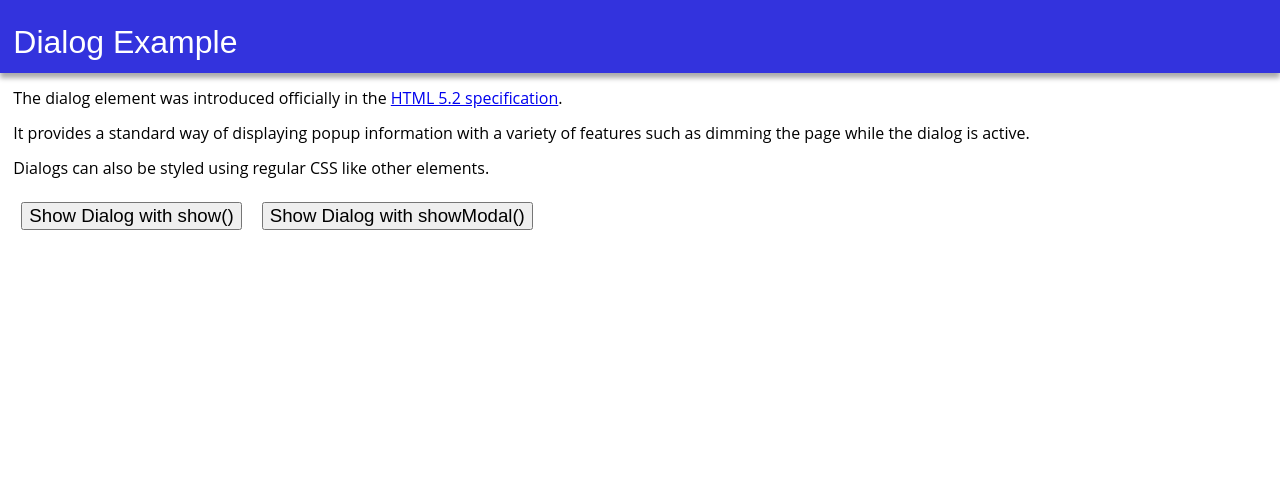
Repository: craig-o-curtis/browser-apis
Page: pages/dialog.html
The author's editor kept a copy of each file at every save. The page is drawn from the files as they stood at one save, then again after the next save.
The browser window is 1280 px wide. The pictures show the whole page.
After loading, the first visible `#show2` was clicked once.

Above is the page before, as saved 2020-05-16 19:43:36.

### pages/dialog.html
<!doctype html>
<html>
    <head>
        <title>Dialog Example</title>
        <style type="text/css">
            /* Define a CSS style for the dialog */
            dialog {
                background-color: lightgray;
                padding: 0;
                border: 0;
                border-radius: 0.5rem;
                box-shadow: 0 0 15px black;
            }

            /* Style the dialog content */
            dialog>h1 {
                text-align: center;
                background-color: darkblue;
                color: white;
                border-top-left-radius: 0.5rem;
                border-top-right-radius: 0.5rem;
                margin: 0;
                padding: 12pt;
                font-family: Arial, Helvetica, sans-serif;
                font-size: 14pt;
            }

            dialog>#dlgcontent {
                margin: 5pt;
            }

            /* Create a CSS style for the dialog backdrop */
            dialog::backdrop {
                background-color: rgba(0, 0, 0, 0.75);
            }

        </style>
        <link rel="stylesheet" href="./style.css" />
    </head>
    <body>
        <h1>Dialog Example</h1>
        <div id="content">
            <p>The dialog element was introduced officially in the <a href="https://www.w3.org/TR/html52/interactive-elements.html#the-dialog-element">HTML
                    5.2 specification</a>.</p>
            <p>It provides a standard way of displaying popup information with a variety of features such as dimming
                the page while the dialog is active.</p>
            <p>Dialogs can also be styled using regular CSS like other elements.</p>
            <button id="show1">Show Dialog with show()</button>
            <button id="show2">Show Dialog with showModal()</button>
        </div>
        <!-- Define the dialog and its content-->
        <dialog id="dialog1">
            <h1>This is a dialog</h1>
            <div id="dlgcontent">
                <p>It has content styled like any other HTML element.</p>
                <button id="okBtn">OK</button>
                <button id="cancelBtn">Cancel</button>
            </div>
        </dialog>

        <script>
            window.addEventListener("load", () => {
                // event handlers to show the dialog as non-modal and modal
                document.getElementById("show1").addEventListener("click", () => {
                    // Show the dialog using the non-modal API
                    document.getElementById("dialog1").show();
                })
                document.getElementById("show2").addEventListener("click", () => {
                    // Show the dialog using the modal API

                })

                // add event listeners for the OK and Cancel buttons
                document.getElementById("okBtn").addEventListener("click", () => {
                    dlg = document.getElementById("dialog1");
                    // Check to see if the dialog is in fact open, if so then close it with "OK"

                })
                document.getElementById("cancelBtn").addEventListener("click", () => {
                    dlg = document.getElementById("dialog1");
                    // Check to see if the dialog is in fact open, if so then close it with "Cancel"

                })

                // event listeners for the dialog itself - close and cancel
                dlg = document.getElementById("dialog1");
                dlg.addEventListener("close", (evt) => {
                    console.log("Dialog closed: ", dlg.returnValue)
                });
                dlg.addEventListener("cancel", (evt) => {
                    console.log("Dialog canceled: ", dlg.returnValue)
                });
            })
        </script>
    </body>
</html>

### pages/style.css
/*
** Styles used in the jQuery Essential Training course materials
*/
body {
    font-family: "Open Sans", sans-serif;
    font-size: 12pt;
    margin: 0;
    line-height: 1.2em;
}

body > h1 {
    background-color: #33d;
    color: white;
    font-family: Arial, Helvetica, sans-serif;
    font-weight: 100;
    margin:0;
    padding-left: 10pt;
    padding-right: 10pt;
    padding-top:25pt;
    padding-bottom: 15pt;
    box-shadow: 0px 5px 5px 0px rgba(171,171,171,1);
}

#content {
    margin: 10pt;
}

#example {
    border: 1px solid gray;
    background-color: #b3c8d0;
    font-size:14pt;
    padding-left: 10pt;
    padding-right: 10pt;
    min-height: 200px;
}

.box {
    border: 1px solid gray;
    background-color: #b3c8d0;
    font-size:14pt;
    padding-left: 10pt;
    padding-right: 10pt;
    min-height: 200px;
    width: 300px;
}

.box p {
    margin: 0 1pt 0 2pt
}

.smallbox {
    border: 1px solid gray;
    background-color: #b3c8d0;
    font-size:14pt;
    padding-left: 10pt;
    padding-right: 10pt;
    margin-bottom: 10pt;
    margin-right: 0;
    margin-left: 0;
    min-height: 150px;
    width: 200px;
}

.inline {
    display: inline-block;
}

code {
    background-color: #e8e8e8;
    border: 1px solid #a8a8a8;
    border-radius: 3px;
    padding: 1pt 2pt;
    margin: 2pt;
    font-family: "source-code-pro", Consolas, monospace;
    font-size: .9em;
}

li {
    line-height: 1.3em;
}

button {
    font-size: 14pt;
    margin: 8px;
}

#eventDetails {
    border: 1px solid #aaa;
    margin-top: 8pt;
    padding: 2pt;
}

.lineitem {
    width: 120px;
    display: inline-block
}


canvas {
    border: 2px solid gray;
    margin-left: 5pt;
    margin-right: 5pt;
}

After the next save:
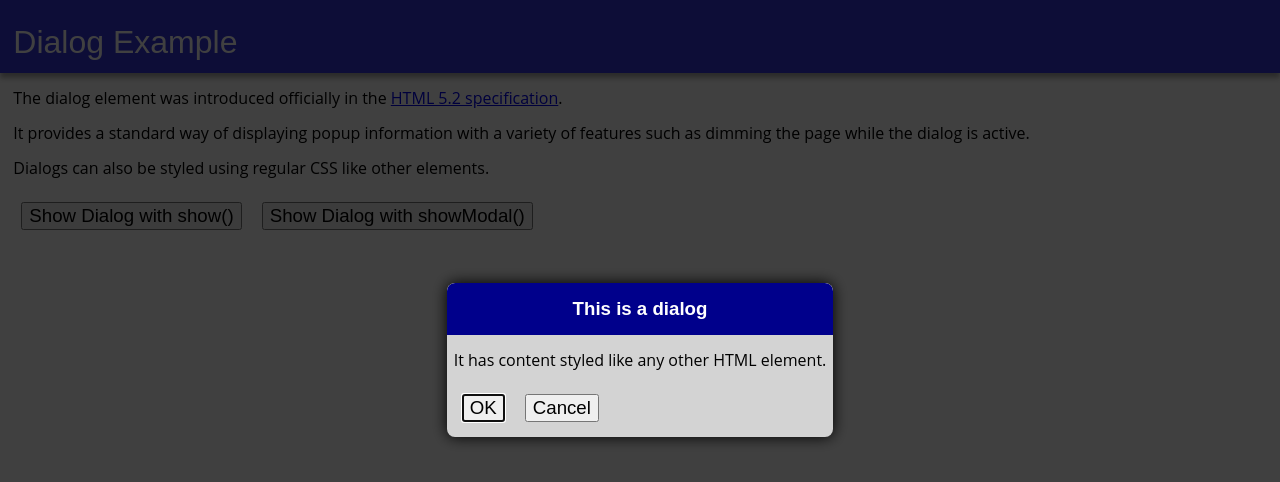
Saved 12 s later.
--- a/pages/dialog.html
+++ b/pages/dialog.html
@@ -67,7 +67,7 @@
                 })
                 document.getElementById("show2").addEventListener("click", () => {
                     // Show the dialog using the modal API
-
+                    document.getElementById("dialog1").showModal();
                 })
 
                 // add event listeners for the OK and Cancel buttons
